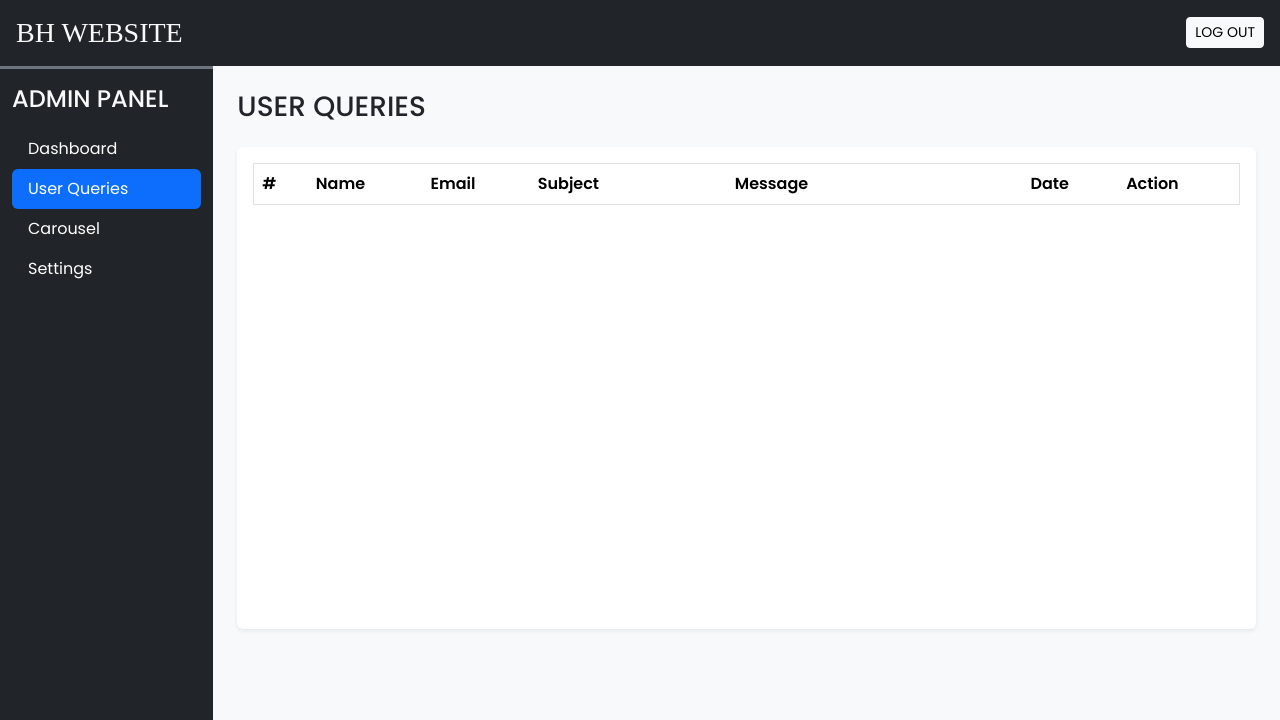
Repository: ntruong0906/desktop-tutorial
Page: http://localhost/hbwebsite/WebsiteBookingHotel/admin/user_queries.php
An editor plug-in stored every save of this project. The page is shown before and after the next save, followed by the edit.
The browser window is 1280 px wide. The pictures show the whole page.
Some web fonts or font styles are not loaded; a fallback is used. The page is run by PHP 8.4 with error messages shown; the project is at /var/www/html/. The session is filled in as if someone had signed in: {"adminLogin": true, "adminId": 1}. Queries for data that is not in the repository find no rows.

Above is the page before, as saved 2024-05-07 21:48:32.

After the next save:
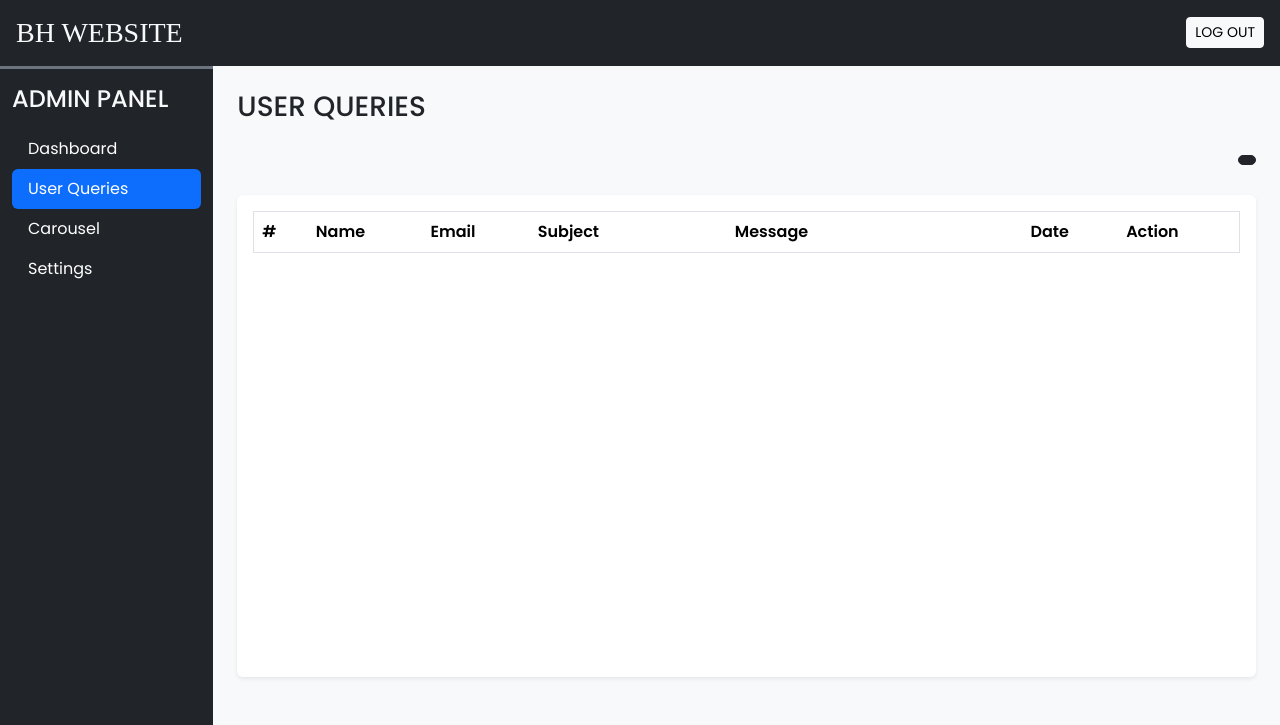
Saved 116 s later.
--- a/WebsiteBookingHotel/admin/user_queries.php
+++ b/WebsiteBookingHotel/admin/user_queries.php
@@ -68,8 +68,10 @@ if(isset($_GET['del']))
         <div class="row">
             <div class="col-lg-10 ms-auto p-4 overflow-hidden">
                 <h3 class="mb-4">USER QUERIES</h3>
+                <div class="text-end mb-4">
+                    <a href="?seen=all" class="btn btn-dark rounded-pill shadow-none btn-sm"></a>
+                </div>
 
-                <!--Carousel section -->
                 <div class="card border-0 shadow-sm mb-4">
                     <div class="card-body">
                         <div class="table-responsive-md " style="height: 450px; overflow-y: scroll; ">
